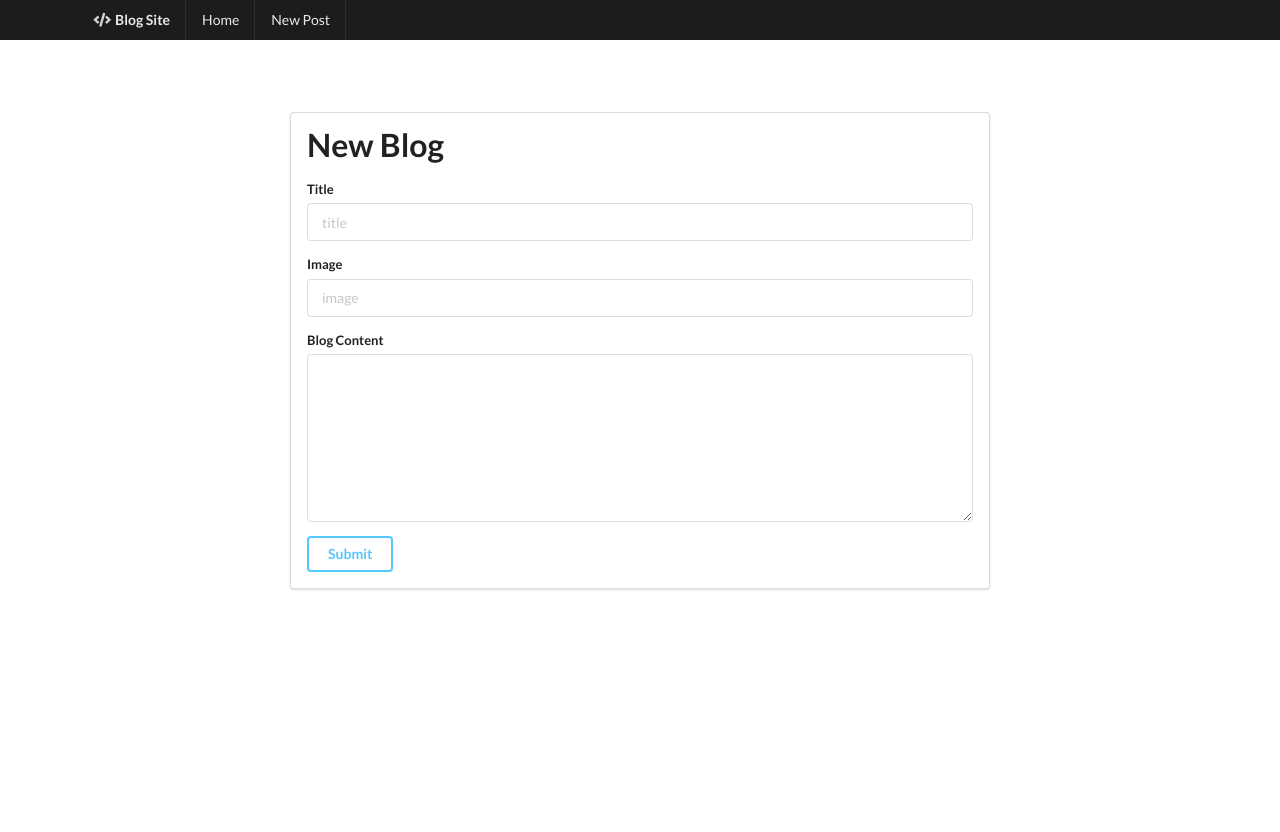
Repository: MR-TYLER31/RESTful_Blog_App
Page: http://localhost/blogs/new
The author's editor kept a record of every edit. The page is drawn from the files as they stood at one moment, then again after the next edit.
The browser window is 1280 px wide. The pictures show the whole page.
Some web libraries are served in a nearby version. The page is served by the project's Node server (app.js).

Above is the page before.

After the next edit:
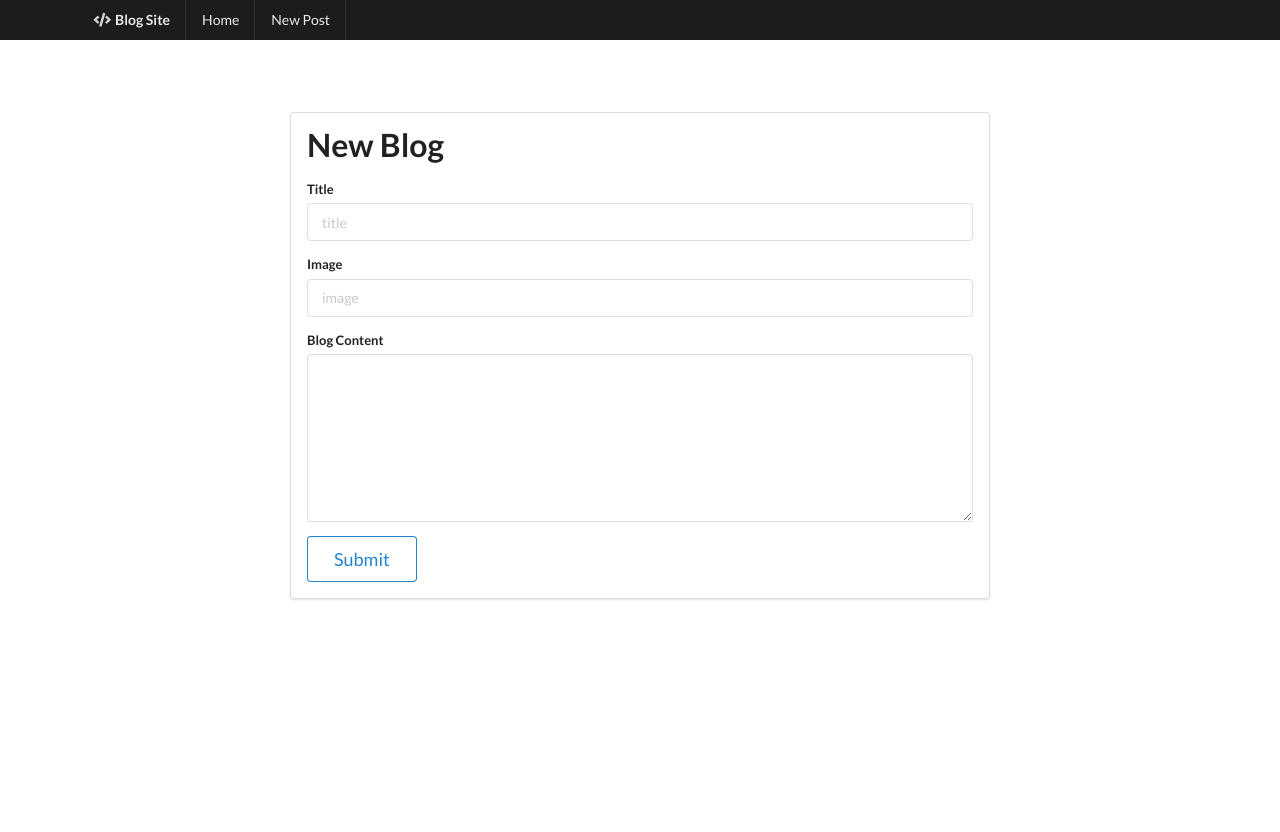
The edit:
--- a/views/new.ejs
+++ b/views/new.ejs
@@ -16,7 +16,7 @@
             <label>Blog Content</label>
             <textarea name="blog[body]"></textarea>
         </div>
-        <input class="ui inverted primary button"  type="submit"/>
+        <input class="ui blue basic button big"  type="submit"/>
     </form>
 </div>
 
